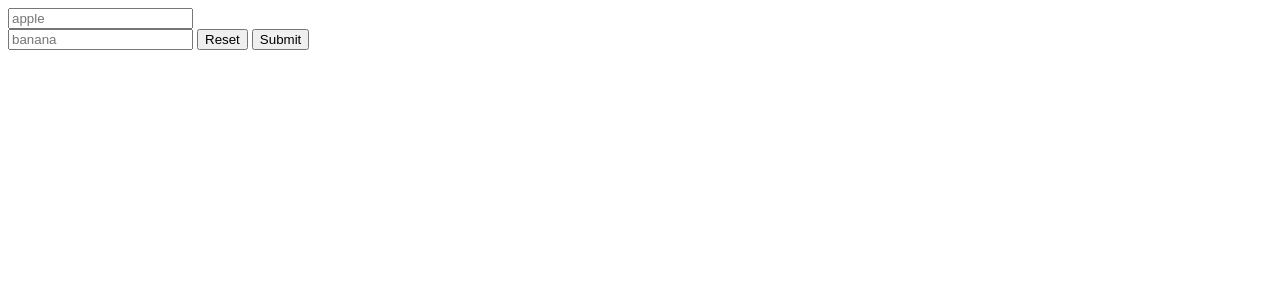
Repository: eyonghwan/jsp_practice
Page: http://localhost/JSPBasic/JspObject/1.requests/req_param_send.jsp
The author's editor kept a copy of each file at every save. The page is drawn from the files as they stood at one save, then again after the next save.
The browser window is 1280 px wide. The pictures show the whole page.
The page is served by Tomcat 9.

Above is the page before, as saved 2022-02-03 05:49:40.

### JSPBasic/src/main/webapp/JspObject/1.requests/req_param_send.jsp
<%@ page language="java" contentType="text/html; charset=UTF-8"
    pageEncoding="UTF-8"%>
<!DOCTYPE html>
<html>
<head>
<meta charset="UTF-8">
<title>Insert title here</title>
</head>
<body>
<%-- 아래에 form을 만들고 내부에 input 4개를 만들어주세요.
input태그의 type속성은 하나는 text, 하나는 password,
name속성은 하나는 apple, 하나는 banana로 해주세요.
reset버튼과 submit버튼도 각각 하나씩 만들어주세요. --%>
<form action="req_param_getpost.jsp" method="get">
	<input type="text" name="apple" placeholder="apple"/><br/>
	<input type="password" name="banana" placeholder="banana"/>
	<input type="reset"/>
	<input type="submit"/>
</form>
</body>
</html>

After the next save:
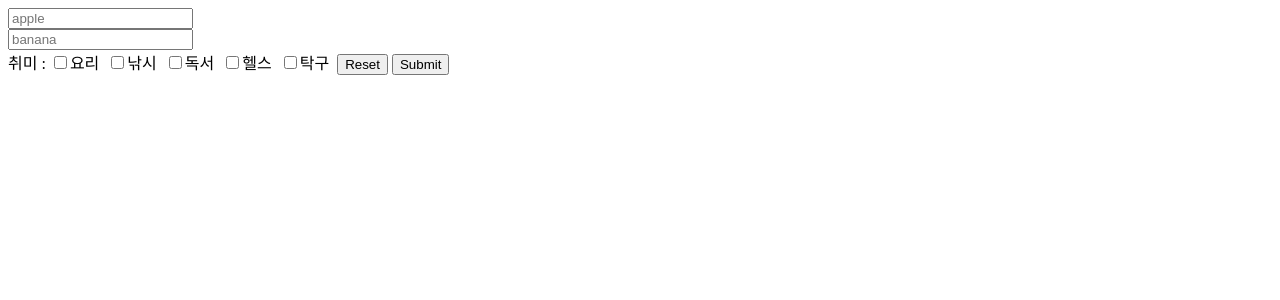
Saved 18 min 7 s later.
--- a/JSPBasic/src/main/webapp/JspObject/1.requests/req_param_send.jsp
+++ b/JSPBasic/src/main/webapp/JspObject/1.requests/req_param_send.jsp
@@ -13,7 +13,15 @@
 reset버튼과 submit버튼도 각각 하나씩 만들어주세요. --%>
 <form action="req_param_getpost.jsp" method="get">
 	<input type="text" name="apple" placeholder="apple"/><br/>
-	<input type="password" name="banana" placeholder="banana"/>
+	<input type="password" name="banana" placeholder="banana"/><br/>
+
+	취미 :
+	<input type="checkbox" name="hobby">요리&nbsp;
+	<input type="checkbox" name="hobby">낚시&nbsp;
+	<input type="checkbox" name="hobby">독서&nbsp;
+	<input type="checkbox" name="hobby">헬스&nbsp;
+	<input type="checkbox" name="hobby">탁구&nbsp;
+
 	<input type="reset"/>
 	<input type="submit"/>
 </form>
